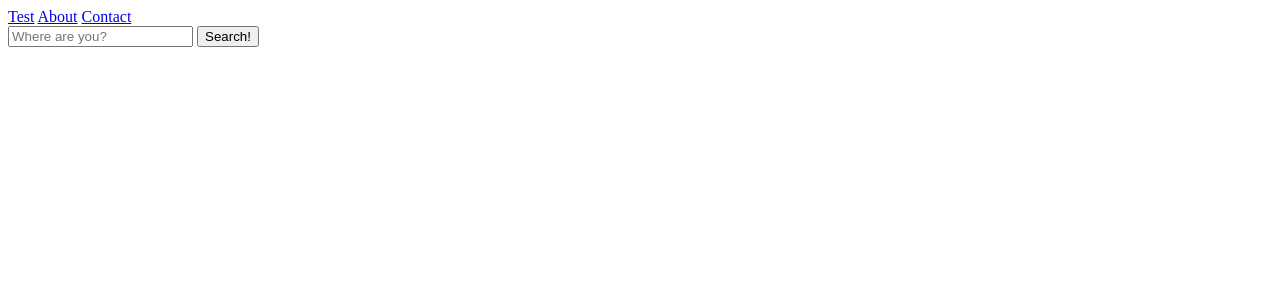
Repository: elliegmawer/test
Page: index.html
The author's editor kept a record of every edit. The page is drawn from the files as they stood at one moment, then again after the next edit.
The browser window is 1280 px wide. The pictures show the whole page.

Above is the page before.

After the next edit:
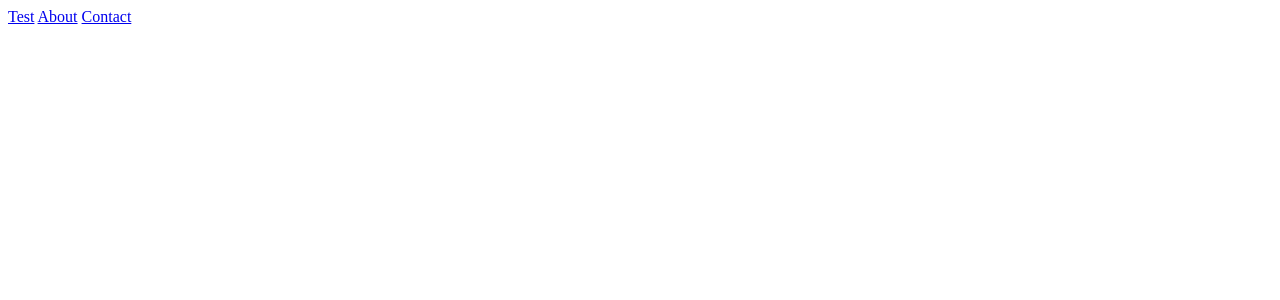
Not found: main.js
Not found: theme.css
The edit:
--- a/index.html
+++ b/index.html
@@ -5,7 +5,7 @@
     <title>Navigation Example</title>
 
     <!-- The CSS theme for the site. -->
-    <link rel="stylesheet" href="style.css" />
+    <link rel="stylesheet" href="theme.css" />
 
   </head>
   <body>
@@ -21,6 +21,6 @@
     <div id="content"></div>
 
     <!-- The JavaScript code for dynamic behavior. -->
-    <script src="test.js"></script>
+    <script src="main.js"></script>
   </body>
 </html>

After the edit that followed:
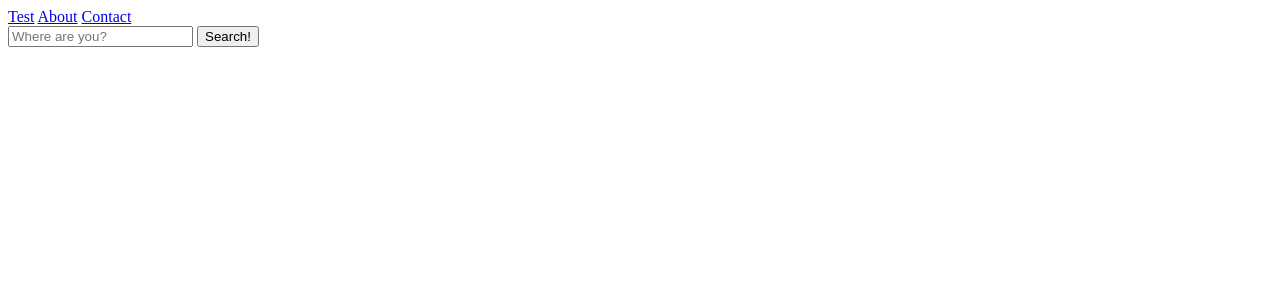
The edit:
--- a/index.html
+++ b/index.html
@@ -21,6 +21,6 @@
     <div id="content"></div>
 
     <!-- The JavaScript code for dynamic behavior. -->
-    <script src="main.js"></script>
+    <script src="test.js"></script>
   </body>
 </html>
